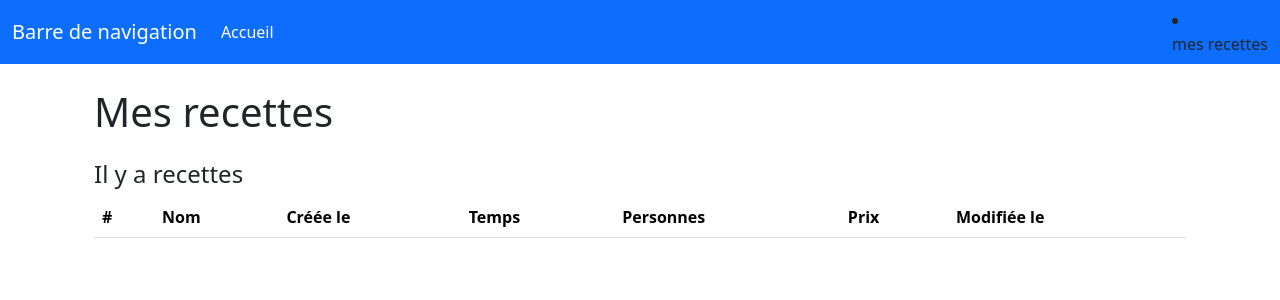
Repository: IslamBoubaker/marmit
Page: templates/pages/recipe/index.html.twig
The author's editor kept a copy of each file at every save. The page is drawn from the files as they stood at one save, then again after the next save.
The browser window is 1280 px wide. The pictures show the whole page.
The page is a Twig template of a Symfony application; nobody is signed in and links lead nowhere. The template is opened directly, without the code that normally fills it, so the values that code supplies are empty.

Above is the page before, as saved 2025-06-24 16:02:58.

### templates/pages/recipe/index.html.twig
{% extends 'base.html.twig' %}

{% block title %}Liste des recettes
{% endblock %}

{% block body %}
	<div class="container mt-4">
		{% if not recipes.items is same as([]) %}
			<h1>Mes recettes</h1>
			<div class="count mt-4">
				<h4>Il y a {{ recipes.getTotalItemCount() }} recettes</h4>
			</div>
			<table class="table table-striped">
				<thead>
					<tr>
						<th scope="col">#</th>
						<th scope="col">Nom</th>
						{# <th scope="col">Description</th> #}
						<th scope="col">Créée le</th>
						{# <th scope="col">Favori</th> #}
						<th scope="col">Temps</th>
						<th scope="col">Personnes</th>
						{# <th scope="col">Difficulté</th> #}
						<th scope="col">Prix</th>
						<th scope="col">Modifiée le</th>
						{# <th scope="col">Actions</th> #}
					</tr>
				</thead>
				<tbody>
					{% for recipe in recipes %}
						<tr class="table-primary">
                        <th scope="row">{{ recipe.id }}</th>
							<td>{{ recipe.name }}</td>
							{# <td>{{ recipe.description|length > 50 ? recipe.description|slice(0, 50) ~ '...' : recipe.description }}</td> #}
							<td>{{ recipe.createdAt ? recipe.createdAt|date('Y-m-d') : '' }}</td>
							{# <td>{{ recipe.isFavorite ? 'Oui' : 'Non' }}</td> #}
							<td>{{ recipe.time ? recipe.time ~ ' min' : '' }}</td>
							{# <td>{{ recipe.nbPeople ?? '-' }}</td> #}
							<td>{{ recipe.difficulty ?? '-' }}</td>
							<td>{{ recipe.price is not null ? recipe.price ~ ' €' : '-' }}</td>
							{# <td>{{ recipe.updatedAt ? recipe.updatedAt|date('Y-m-d') : '' }}</td> #}
							<td>
                            TODO
							</td>
                            <td>
                            TODO
                            </td>
						</tr>
                        {% endfor %}
                        </tbody>
			</table>
           <div class="navigation d-flex justify-content-center">
           {{ knp_pagination_render(recipes)}}

            </div>
                    {% else %}
						<h4>Il n'y a pas de recettes</h4>
					{% endif %}
</div>
{% endblock %}

### templates/base.html.twig
<!DOCTYPE html>
<html>
<head>
    <meta charset="UTF-8">
    <title>{% block title %}Welcome!{% endblock %}</title>
    <link rel="icon" href="data:[embedded picture, 143 characters]">

    {% block stylesheets %}
        <link rel="stylesheet" href="https://cdn.jsdelivr.net/npm/bootstrap@5.3.7/dist/css/bootstrap.min.css">
    {% endblock %}

    {% block javascripts %}
        <script src="https://cdn.jsdelivr.net/npm/bootstrap@5.3.7/dist/js/bootstrap.bundle.min.js"></script>
    {% endblock %}
</head>

    <body>
    {% include 'pages/Partials/_header.html.twig' %}

</body>


    <main class="container mt-4">
        {% block body %}{% endblock %}
    </main>

</html>

### templates/pages/Partials/_header.html.twig
<nav class="navbar navbar-expand-lg bg-primary" data-bs-theme="dark">
  <div class="container-fluid">
    <a class="navbar-brand" href="{{ path('app_home') }}"> <font style="vertical-align: inherit;"><font style="vertical-align: inherit;">Barre de navigation</font></font></a>
    <button class="navbar-toggler" type="button" data-bs-toggle="collapse" data-bs-target="#navbarColor01" aria-controls="navbarColor01" aria-expanded="false" aria-label="Basculer la navigation">
      <span class="navbar-toggler-icon"></span>
    </button>
    <div class="collapse navbar-collapse" id="navbarColor01">
      <ul class="navbar-nav me-auto">
        <li class="nav-item">
          <a class="nav-link active" href="{{ path('app_home') }}"><font style="vertical-align: inherit;"><font style="vertical-align: inherit;"> Accueil
            </font></font><span class="visually-hidden"><font style="vertical-align: inherit;"><font style="vertical-align: inherit;">(current)</font></font></span>
          </a>

          </div>
        </li>
        <li class="nav-item">
          <a class="nav-link active" href="{{ path('app_ingredient') }}">
            <span class="visually-hidden">(current)</span>

            <a class="nav-link active" href="{{ path('app_recipe_index') }}">mes recettes</a>
          </a>
        </li>
      </ul>

    </div>
  </div>
</nav>

After the next save:
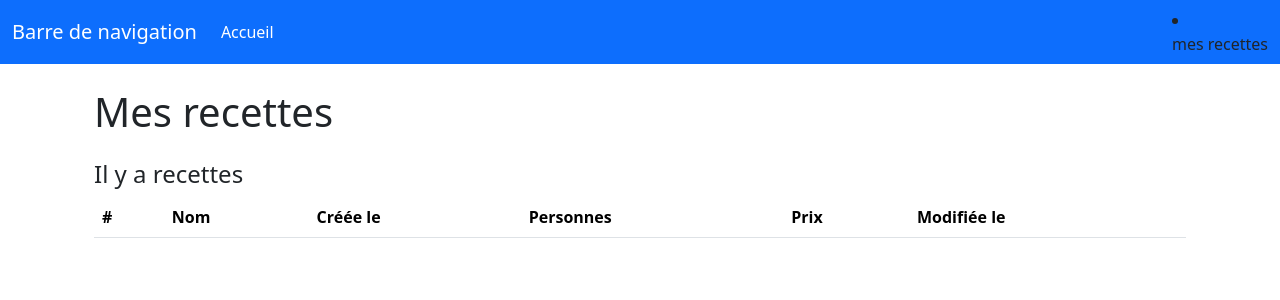
Saved 4 s later.
--- a/templates/pages/recipe/index.html.twig
+++ b/templates/pages/recipe/index.html.twig
@@ -18,7 +18,7 @@
 						{# <th scope="col">Description</th> #}
 						<th scope="col">Créée le</th>
 						{# <th scope="col">Favori</th> #}
-						<th scope="col">Temps</th>
+						{# <th scope="col">Temps</th> #}
 						<th scope="col">Personnes</th>
 						{# <th scope="col">Difficulté</th> #}
 						<th scope="col">Prix</th>
